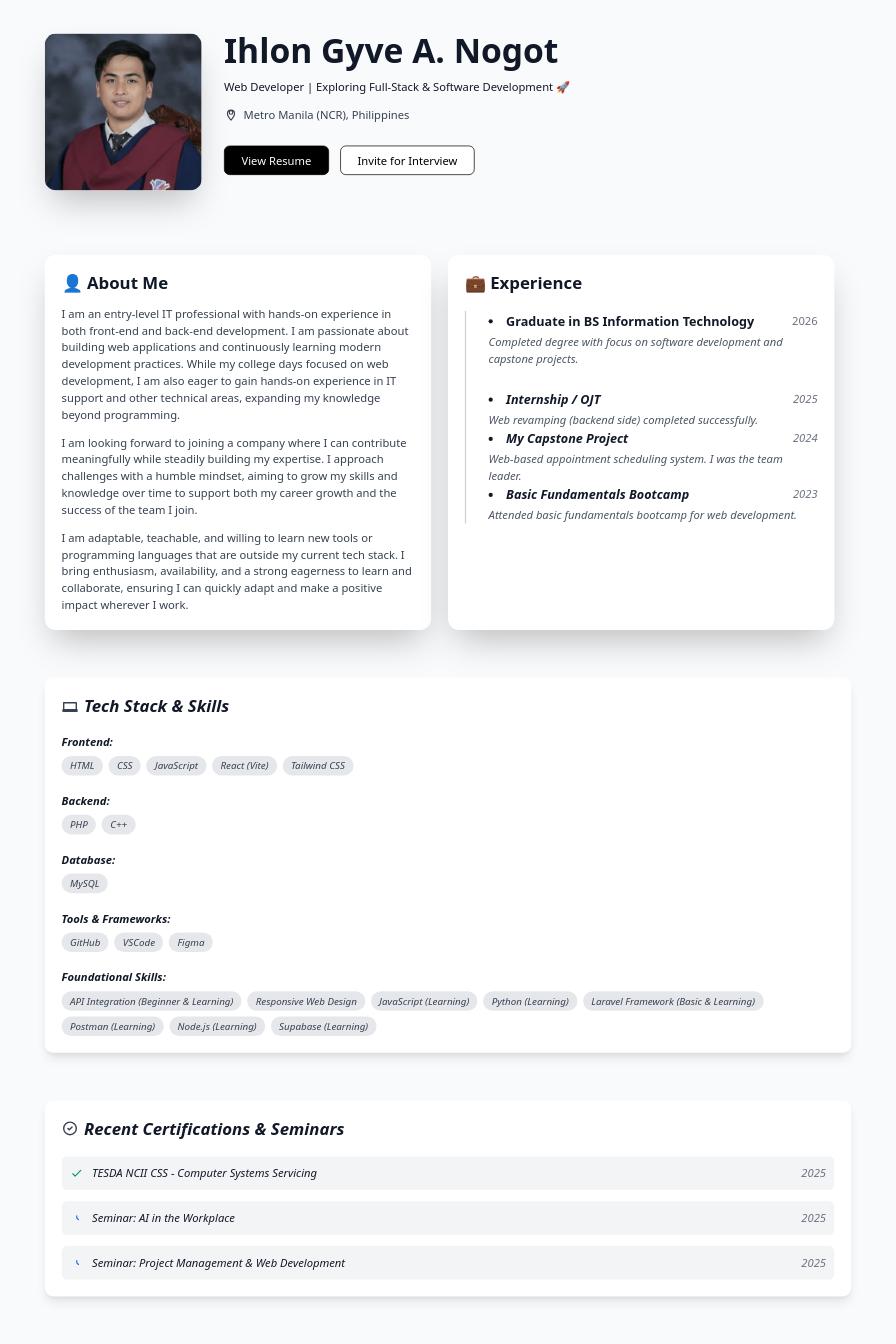
Repository: MeekSharkdev/cv-portfolio
Page: index.html
The author's editor kept a copy of each file at every save. The page is drawn from the files as they stood at one save, then again after a run of saves.
The browser window is 1280 px wide. The pictures show the part of the page from y = 0 to 1920 px (the page is 2592 px tall), at 70% of full size.
A picture or video elsewhere on the page could not be fetched, so the positions and the page height are approximate.

Above is the page before, as saved 2026-01-31 20:30:32.
Not found: styles.css

After the next 4 saves:
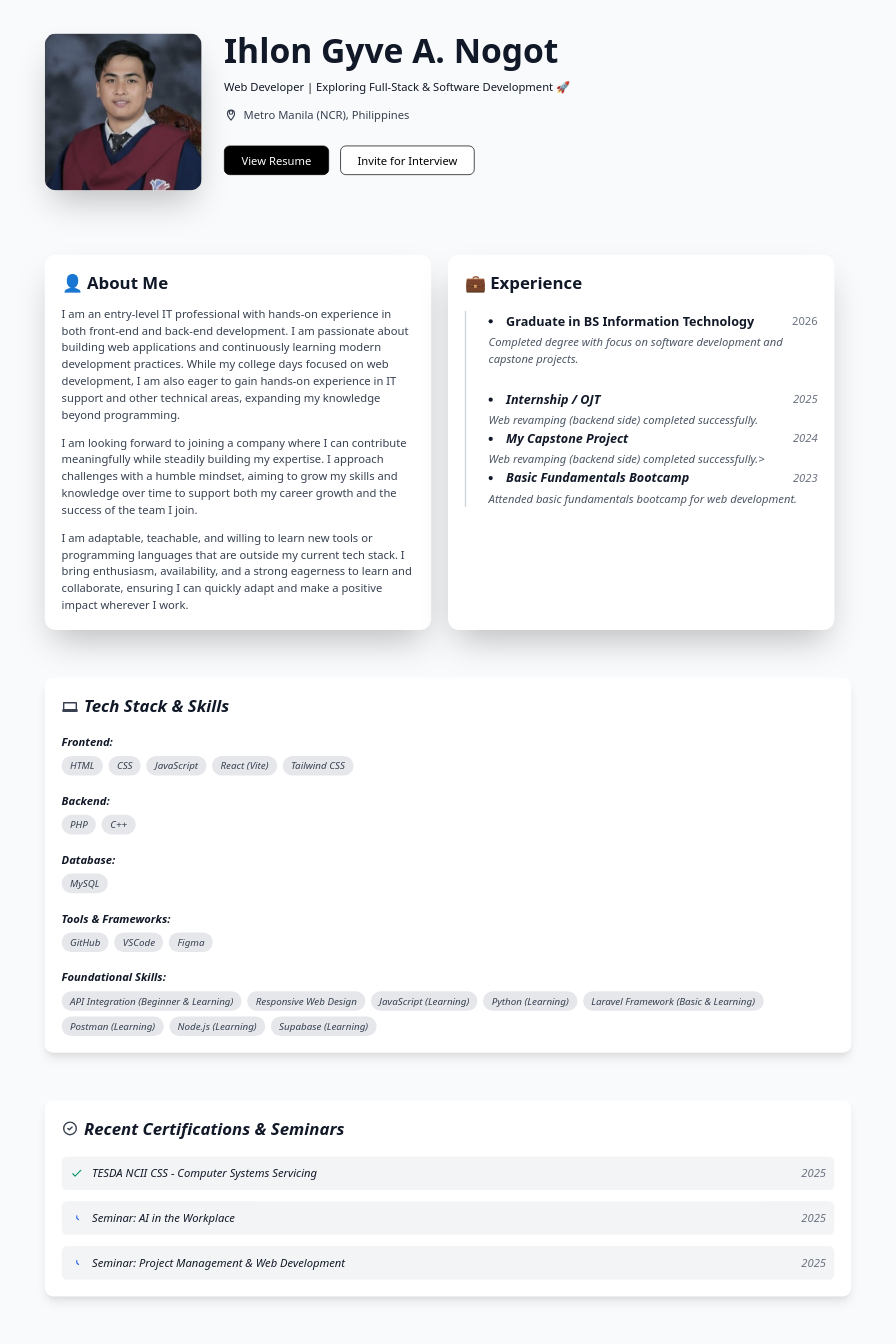
The 4 saves are shown as one change because they came seconds apart.
The last was saved 14 s later.
--- a/index.html
+++ b/index.html
@@ -133,7 +133,7 @@
                         <h3 class="text-lg font-bold"><li>My Capstone Project</li></h3>
                         <span class="text-gray-500">2024</span>
                     </div>
-                    <p class="text-gray-600 mt-1">Web-based appointment scheduling system. I was the team leader.</p>
+                    <p class="text-gray-600 mt-1"><i>Web revamping (backend side) completed successfully.</i>></p>
                 </div>
 
                 <!-- Bootcamp -->
